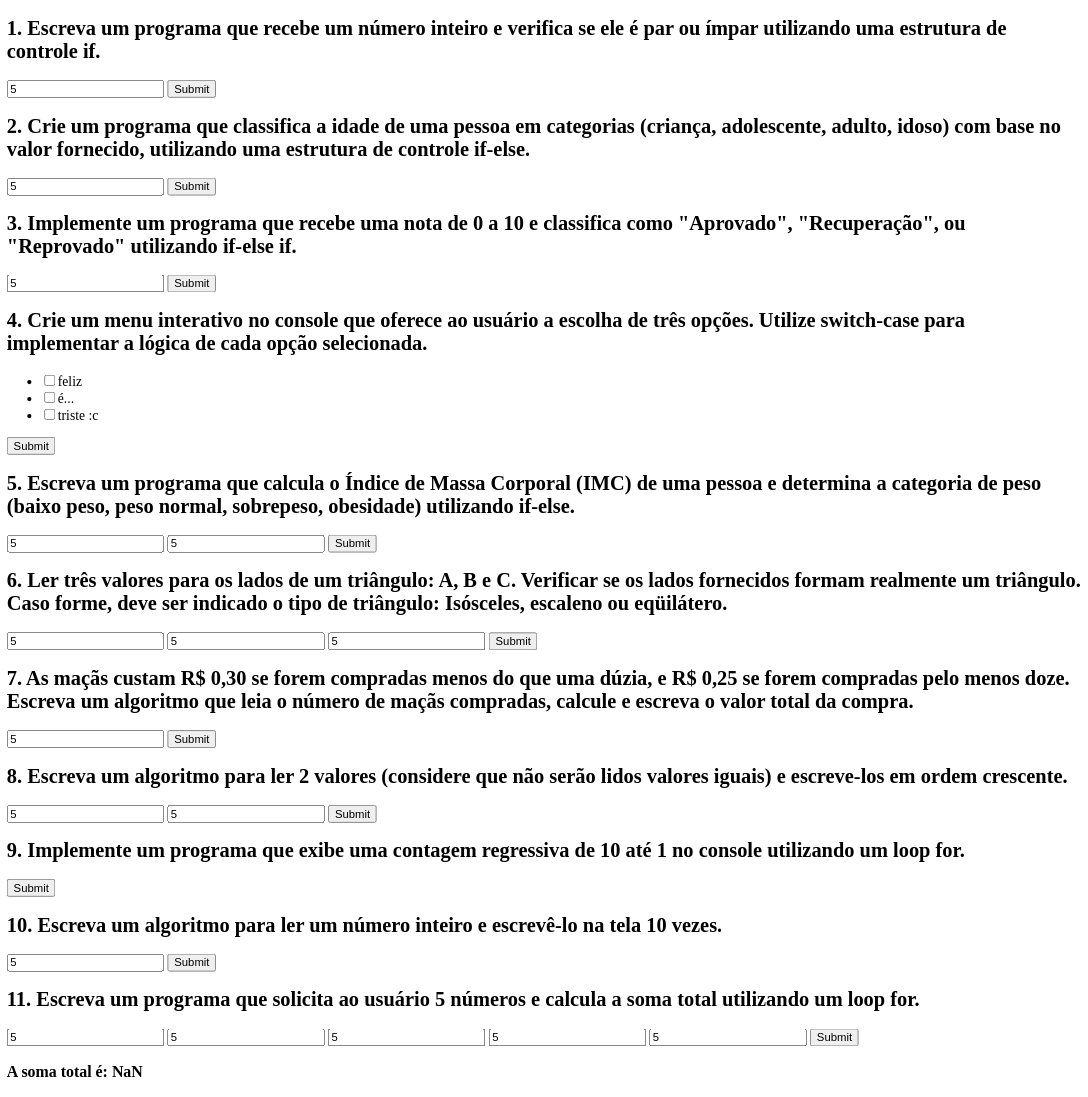
Repository: chidekina/prati-logica
Page: index.html
These files come from the project's save history. The page is drawn as it stood at one moment and after the next save; the edit follows.
The browser window is 1280 px wide. The pictures show the whole page, at 85% of full size.
Empty fields were first filled with sample values (such as "Sample", 5 or name@example.com).
After loading, the first visible `input[onclick="somarNumeros()"]` was clicked once.

Above is the page before, as saved 2025-05-03 10:44:41.

After the next save:
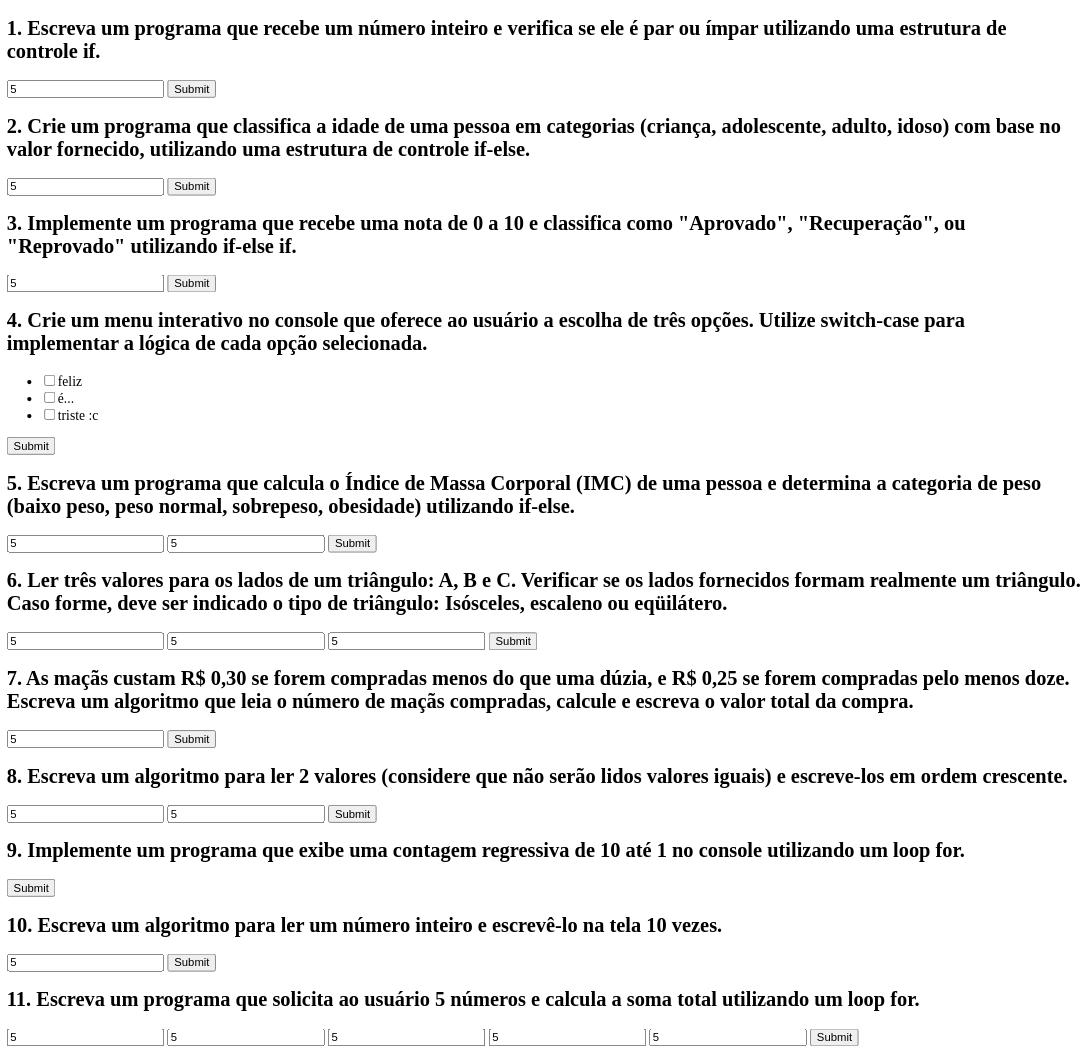
Console error: SyntaxError: missing ) after argument list
Saved 26 s later.
--- a/app.js
+++ b/app.js
@@ -175,11 +175,11 @@
 
 function somarNumeros() {
   const numeros = [
-  Number(document.getElementById('task10-1').value),
-  Number(document.getElementById('task10-2').value),
-  Number(document.getElementById('task10-3').value),
-  Number(document.getElementById('task10-4').value),
-  Number(document.getElementById('task10-5').value)
+  Number(document.getElementById('task10-1'),
+  Number(document.getElementById('task10-2'),
+  Number(document.getElementById('task10-3'),
+  Number(document.getElementById('task10-4'),
+  Number(document.getElementById('task10-5')
   ];
 
   let somaTotal;

After the save that followed:
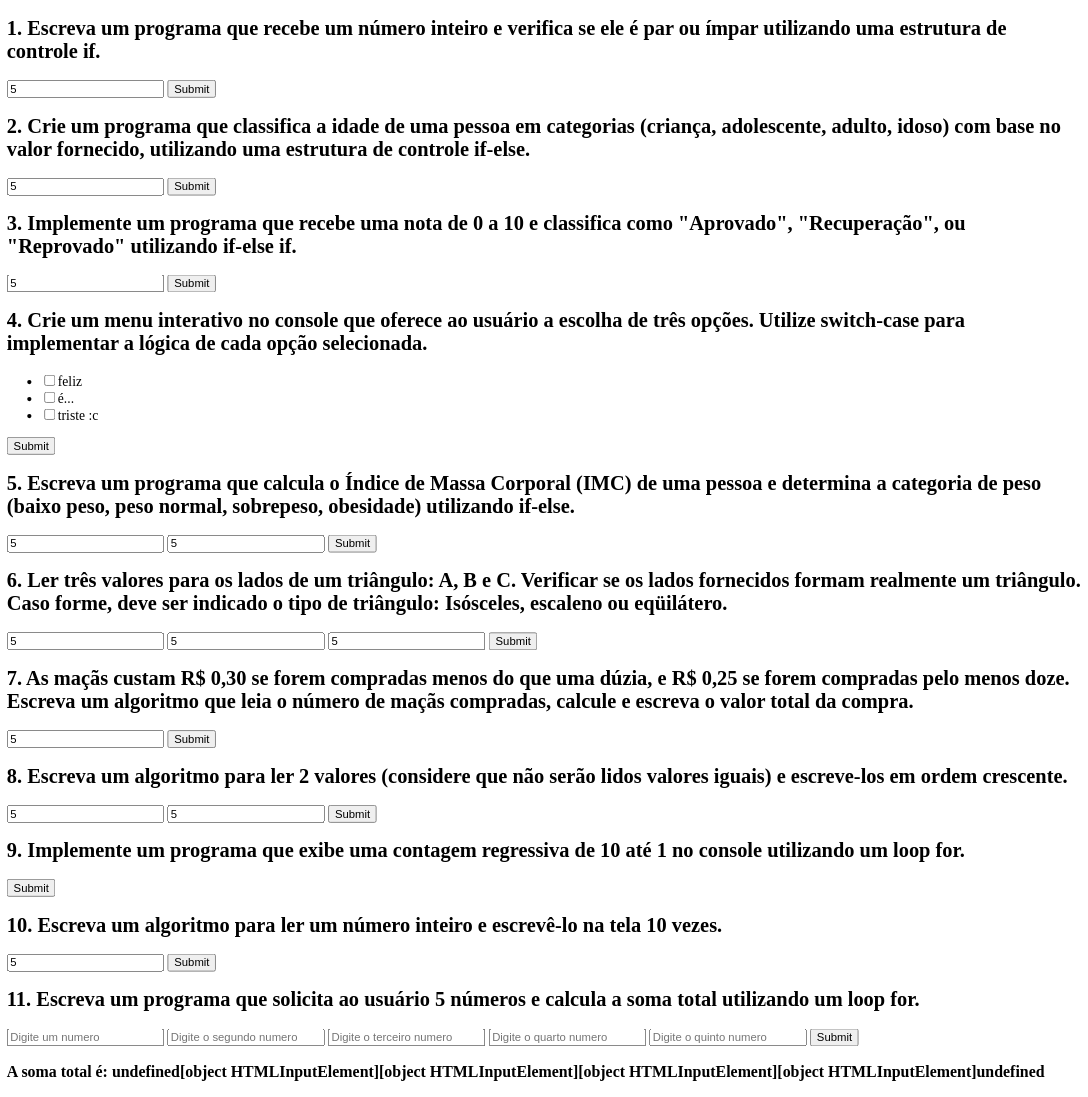
The error is gone.
Saved 8 s later.
--- a/app.js
+++ b/app.js
@@ -175,11 +175,11 @@
 
 function somarNumeros() {
   const numeros = [
-  Number(document.getElementById('task10-1'),
-  Number(document.getElementById('task10-2'),
-  Number(document.getElementById('task10-3'),
-  Number(document.getElementById('task10-4'),
-  Number(document.getElementById('task10-5')
+  document.getElementById('task10-1'),
+  document.getElementById('task10-2'),
+  document.getElementById('task10-3'),
+  document.getElementById('task10-4'),
+  document.getElementById('task10-5')
   ];
 
   let somaTotal;
